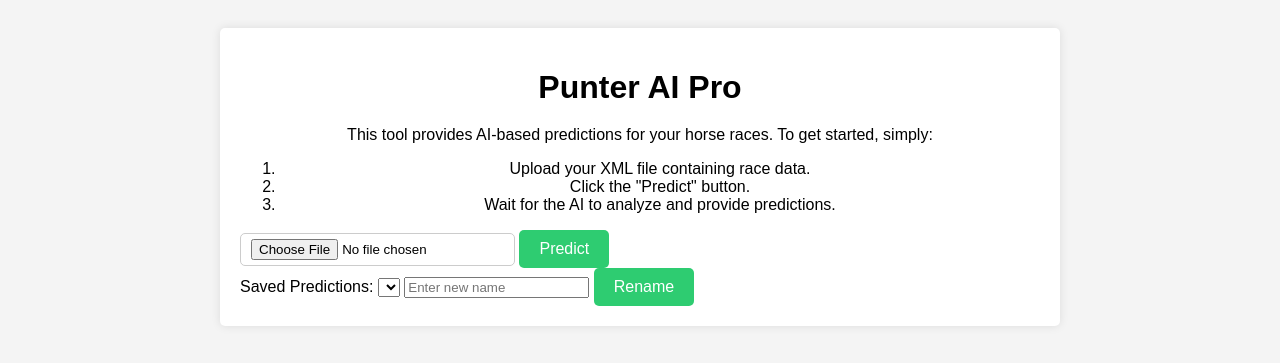
Repository: fechinmitchell/PunterAIPro
Page: static/index2.html
These files come from the project's save history. The page is drawn as it stood at one moment and after the next save; the edit follows.
The browser window is 1280 px wide. The pictures show the whole page.
The page's requests for data from a server got no answer.

Above is the page before, as saved 2023-09-23 13:38:23.

After the next save:
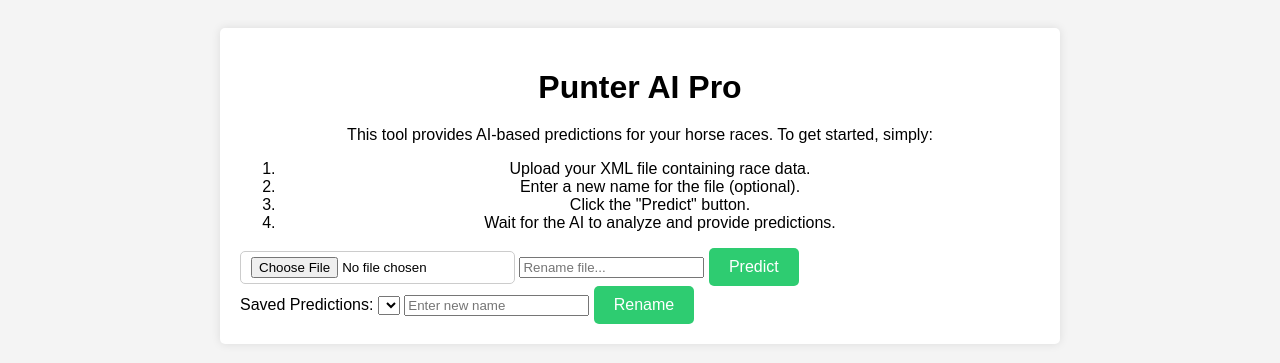
Saved 23 h 8 min later.
--- a/static/index2.html
+++ b/static/index2.html
@@ -17,6 +17,7 @@
             <p>This tool provides AI-based predictions for your horse races. To get started, simply:</p>
             <ol>
                 <li>Upload your XML file containing race data.</li>
+                <li>Enter a new name for the file (optional).</li>
                 <li>Click the "Predict" button.</li>
                 <li>Wait for the AI to analyze and provide predictions.</li>
             </ol>
@@ -24,6 +25,7 @@
 
         <form id="upload-form">
             <input type="file" id="fileInput" accept=".xml" required>
+            <input type="text" id="renameInput" placeholder="Rename file...">
             <button type="submit">Predict</button>
         </form>
 
@@ -52,6 +54,7 @@
         e.preventDefault();
 
         const fileInput = document.getElementById('fileInput');
+        const renameInput = document.getElementById('renameInput');
 
         if (fileInput.files.length === 0) {
             fileInput.style.borderColor = "red";
@@ -65,6 +68,7 @@
 
         const formData = new FormData();
         formData.append('file', fileInput.files[0]);
+        formData.append('rename', renameInput.value);  // Include the rename value
 
         const response = await fetch('/api/predict', {
             method: 'POST',
@@ -74,14 +78,25 @@
         const predictions = await response.json();
 
         resultsDiv.innerHTML = '';
-        predictions.forEach(prediction => {
-            resultsDiv.innerHTML += `<h3>${prediction.race_name} (ID: ${prediction.race_id})</h3>
-                                     <p>${prediction.prediction}</p>`;
+        predictions.forEach((prediction, index) => {
+            const predictionId = `prediction-${index}`;
+            resultsDiv.innerHTML += `
+                <div class="prediction-section" id="${predictionId}">
+                    <h3 onclick="togglePrediction('${predictionId}')">${prediction.race_name} (ID: ${prediction.race_id})</h3>
+                    <div class="prediction-content">
+                        <p>${prediction.prediction}</p>
+                    </div>
+                </div>
+            `;
         });
 
         hideLoading();
     });
 
+    function togglePrediction(predictionId) {
+        const predictionContent = document.querySelector(`#${predictionId} .prediction-content`);
+        predictionContent.style.display = predictionContent.style.display === 'none' ? '' : 'none';
+    }
 
     function showLoadingMessage() {
         const loadingDiv = document.getElementById('loading');
@@ -99,7 +114,6 @@
             }, 8000);
         }, 8000);
     }
-
 
     function hideLoading() {
         document.getElementById('loading').style.display = 'none';
